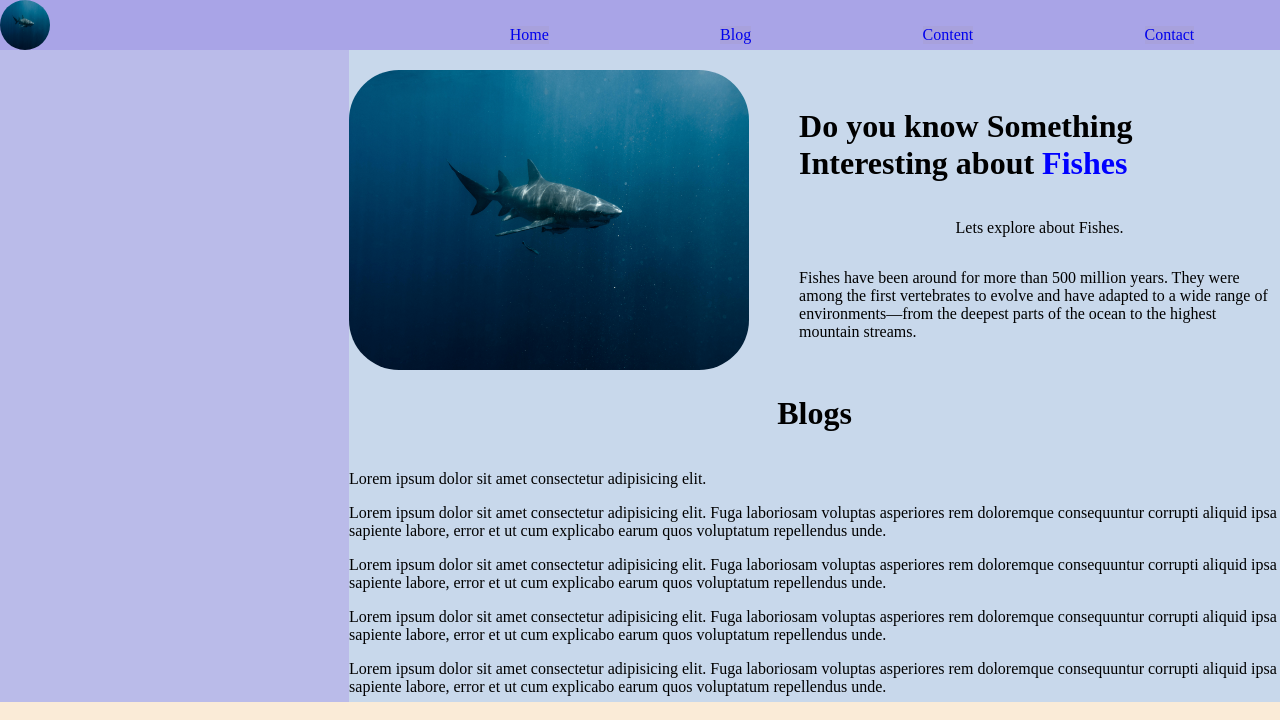
Repository: purnimapatel/fish-world
Page: index.html
An editor plug-in stored every save of this project. The page is shown before and after the next save, followed by the edit.
The browser window is 1280 px wide. The pictures show the whole page.
An inner scrolling area shows only its first screen.

Above is the page before, as saved 2024-08-25 16:03:08.

After the next save:
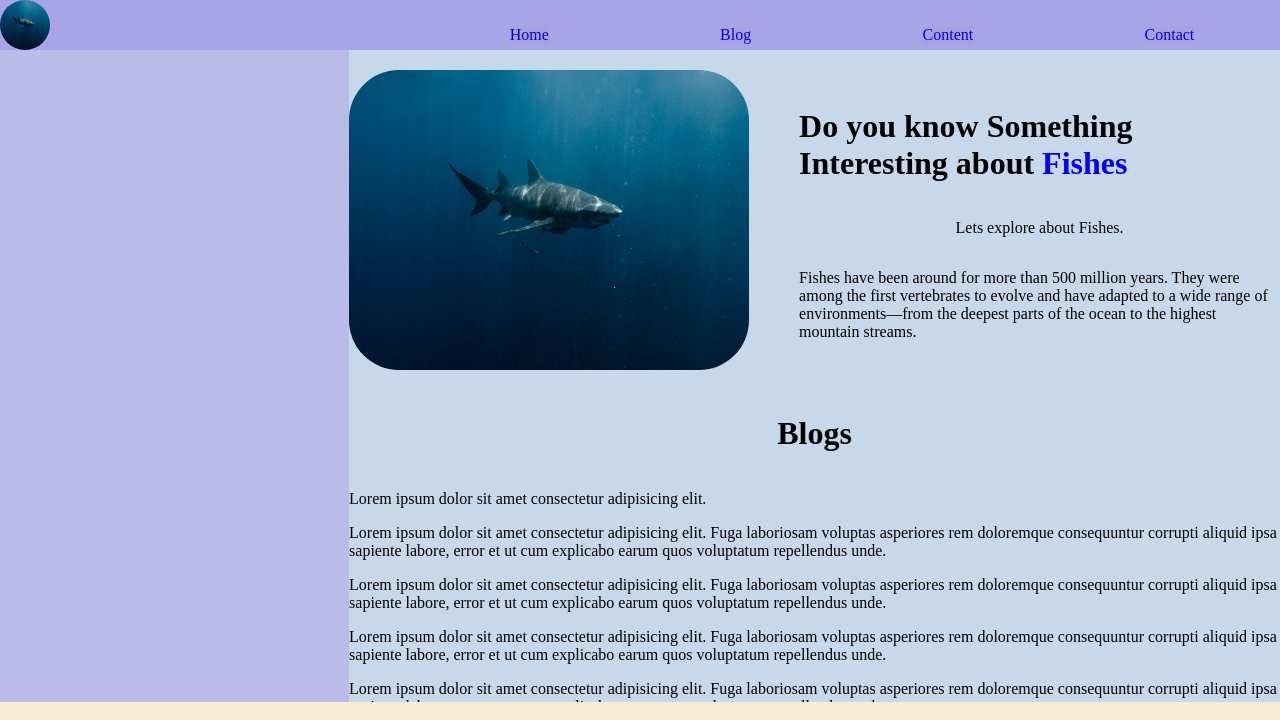
Saved 28 s later.
--- a/style.css
+++ b/style.css
@@ -124,3 +124,6 @@ span{
     background-size: cover;
     border-radius: 50px;
 }
+.section{
+    margin-bottom: 20px;
+}
